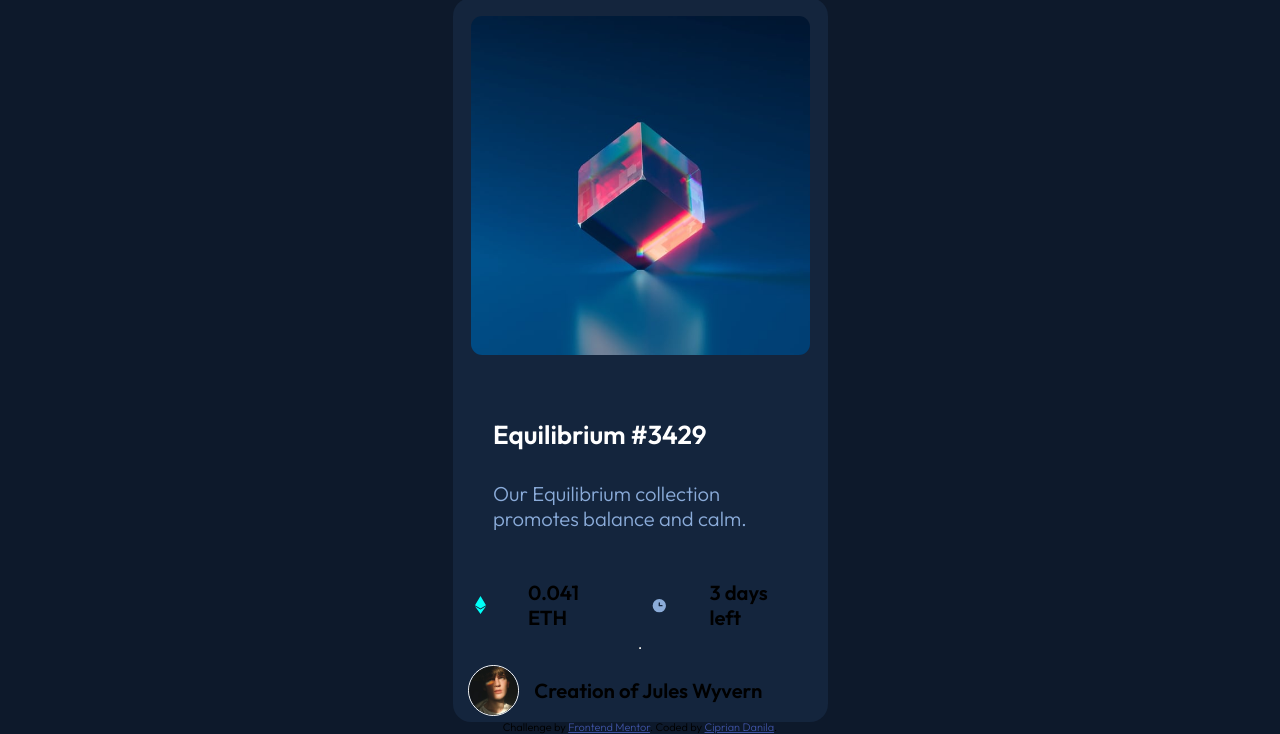
Repository: cipdanila/NFT-preview-card-component
Page: index.html
These files come from the project's save history. The page is drawn as it stood at one moment and after the next save; the edit follows.
The browser window is 1280 px wide. The pictures show the whole page.

Above is the page before, as saved 2024-01-28 20:03:36.

After the next save:
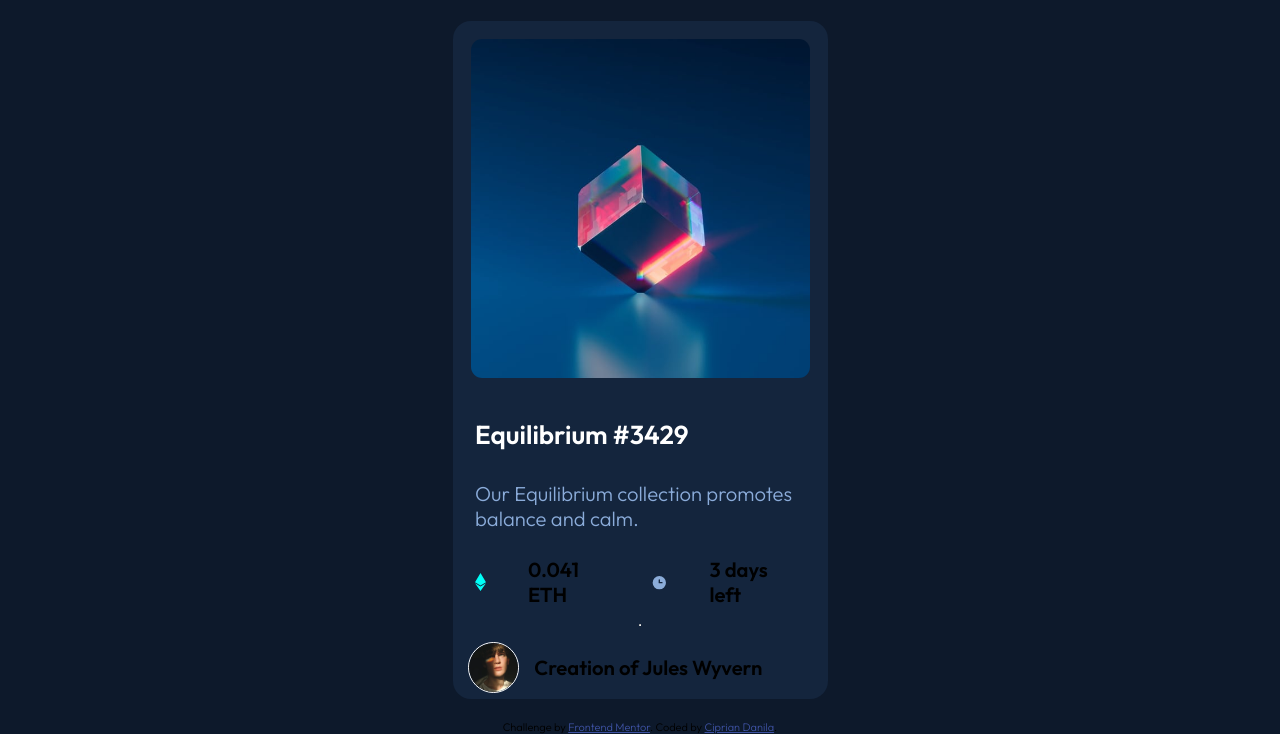
Saved 12 s later.
--- a/style.css
+++ b/style.css
@@ -59,12 +59,6 @@
     padding: 0 1.25rem;
 }
 
-.info {
-    width: fit-content;
-    margin: 1rem;
-    padding: 5px 0;
-    font-weight: 800;
-}
 
 .info h1 {
     color: var(--white);
